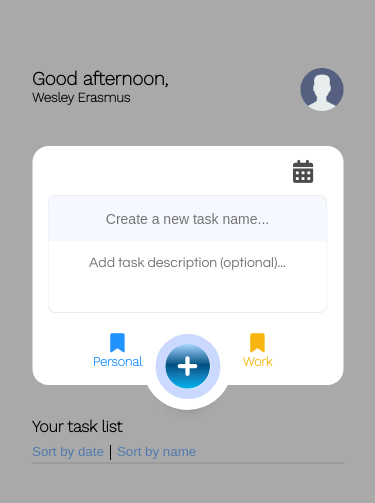
Repository: WesleyErasmus/Todo-App
Page: todoApp.html
The author's editor kept a copy of each file at every save. The page is drawn from the files as they stood at one save, then again after the next save.
The browser window is 375 px wide. The pictures show the whole page.
Some web libraries are served in a nearby version.

Above is the page before, as saved 2022-06-25 11:53:29.

After the next save:
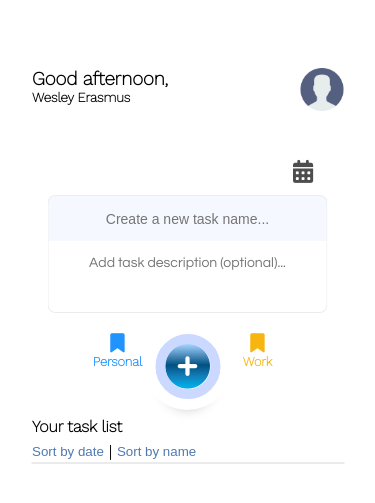
Saved 9 s later.
--- a/source/css/todoApp.css
+++ b/source/css/todoApp.css
@@ -686,7 +686,7 @@
 @media only screen and (max-width: 400px) {
 
   body {
-    background-color: #a9a9a9;
+    /* background-color: #a9a9a9; */
   }
 
   main {

After the save that followed:
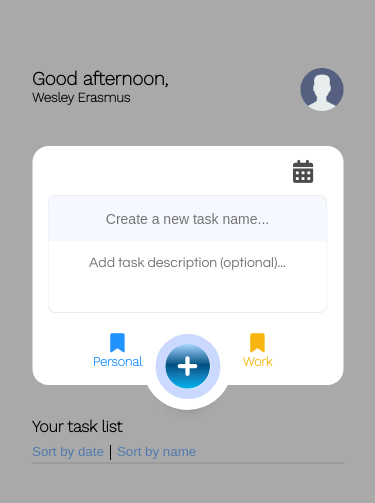
Saved 8 s later.
--- a/source/css/todoApp.css
+++ b/source/css/todoApp.css
@@ -686,7 +686,7 @@
 @media only screen and (max-width: 400px) {
 
   body {
-    /* background-color: #a9a9a9; */
+    background-color: #a9a9a9;
   }
 
   main {
